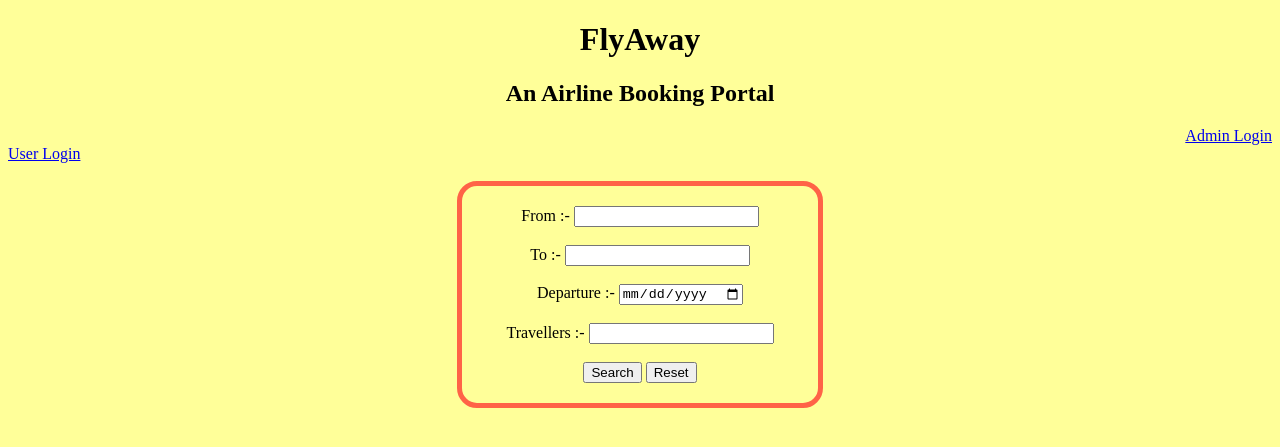
Repository: badrilogaram/Phase-two-project
Page: http://localhost/FlyAway-master/HomePage.jsp
An editor plug-in stored every save of this project. The page is shown before and after the next save, followed by the edit.
The browser window is 1280 px wide. The pictures show the whole page.
The page is served by Tomcat 9.

Above is the page before, as saved 2021-05-27 22:53:23.

After the next save:
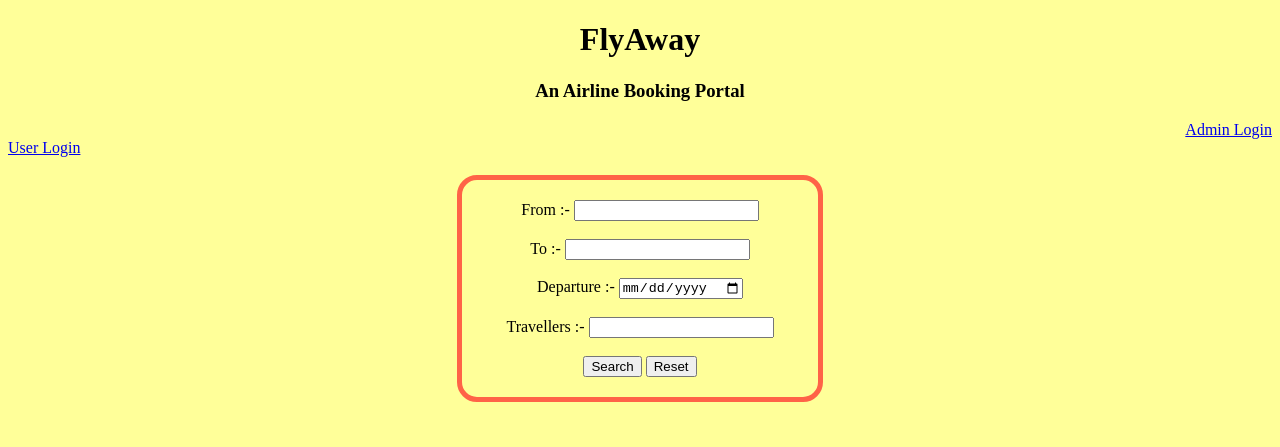
Saved 19 s later.
--- a/FlyAway-master/src/main/webapp/HomePage.jsp
+++ b/FlyAway-master/src/main/webapp/HomePage.jsp
@@ -9,7 +9,7 @@
 </head>
 <body style="background-color:rgb(255,255,153)">
 <h1><center>FlyAway</center></h1>
-<h2><center>An Airline Booking Portal</center></h2>
+<h3><center>An Airline Booking Portal</center></h3>
 
 <div align="right">
 <a href="AdminPage.jsp">Admin Login</a>
